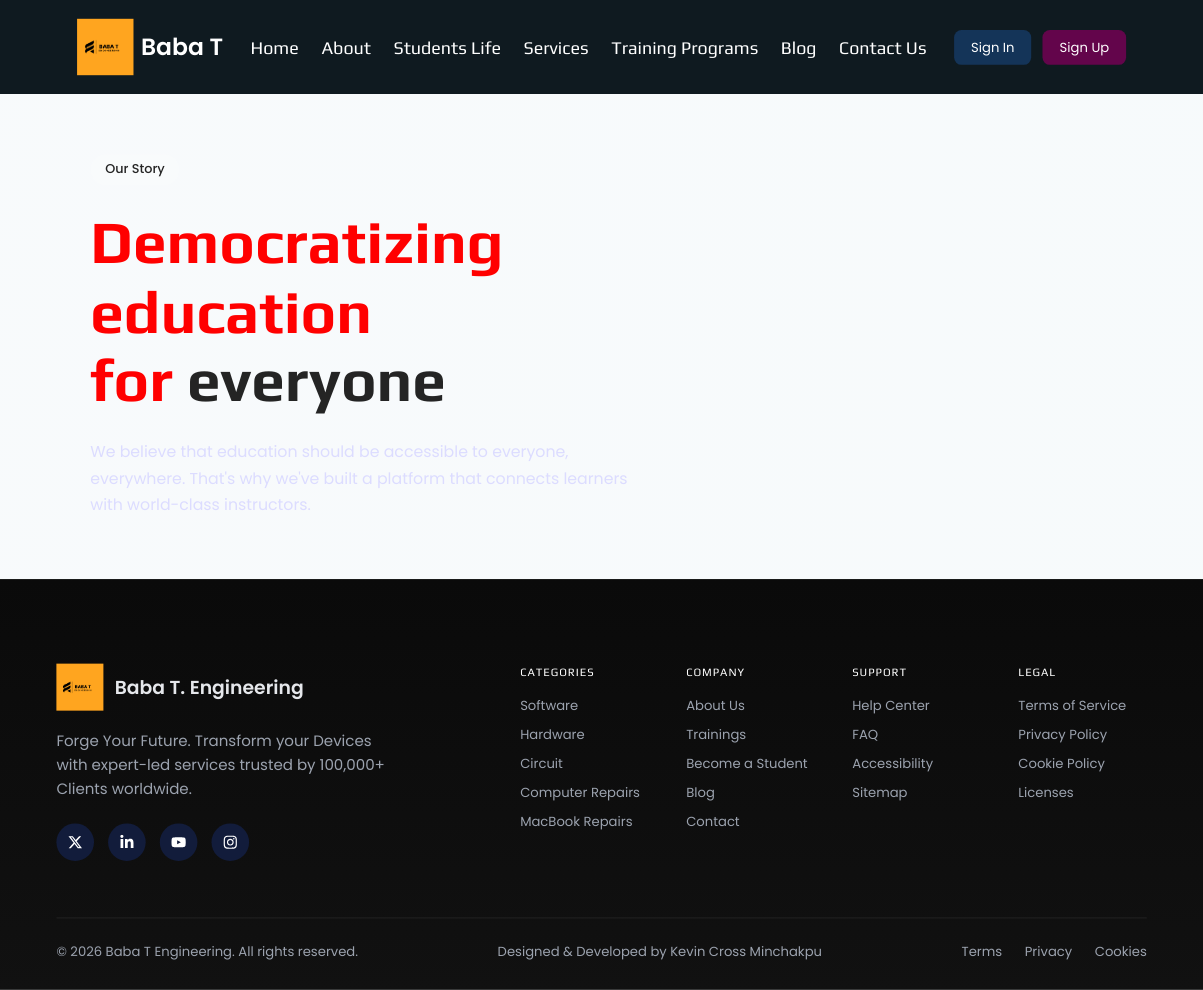
Repository: KC-Minchakpu/babatunde
Page: /about/history
These files come from the project's save history. The page is drawn as it stood at one moment and after the next save; the edit follows.
The browser window is 1280 px wide. The pictures show the whole page, at 94% of full size.
The project was rebuilt for these pictures with package versions that can differ from the ones it lists, and the page was loaded fresh each time. The framework's server and built-in components were replaced by stand-ins that run in the browser. Also part of the build but not shown: next.config.ts.

Above is the page before, as saved 2026-02-19 08:48:52.

### src/app/layout.tsx
import type { Metadata } from "next";
import { Play, Poppins } from "next/font/google";
import "./globals.css";
import Header from "@/components/Header/Header";
import Footer from "@/components/Footer/Footer";

const play = Play({
  variable: "--font-play",
  subsets: ["latin"],
  weight: ["400", "700"],
});

const poppins = Poppins({
  variable: "--font-poppins",
  subsets: ["latin"],
  weight: ["400", "500", "600", "700"],
});

export const metadata: Metadata = {
  title: "Baba T Engineering",
  description: "Official web app of Baba T Engineering, a leading engineering company specializing in innovative solutions and cutting-edge technology.",
};

export default function RootLayout({
  children,
}: Readonly<{
  children: React.ReactNode;
}>) {
  return (
    <html lang="en">
      <body
        className={`${play.variable} ${poppins.variable} antialiased`}
      >
        <Header />
        {children}
        <Footer />
      </body>
    </html>
  );
}

### src/app/about/history/page.tsx

import OurHistory from '@/components/About/OurHistoryHero';

export default function OurHistoryPage() {
  return (
    <>
      <OurHistory />
    </>
  );
}

### src/app/globals.css
@import "tailwindcss";

:root {
  --background: #f2fafa;
  --foreground: #1f1e1e;
}

body {
  background: var(--background);
  color: var(--foreground);
  font-family: var(--font-poppins);
}

h1, h2, h3, h4, h5, h6 {
  font-family: var(--font-play);
}

h1 {
  color: red;
  font-size: 35px;
}

### src/components/Header/Header.tsx
"use client";

import Link from "next/link";
import Image from "next/image";
import styles from "./Header.module.css";
import { useState } from "react";

const Header = () => {
  const [isOpen, setIsOpen] = useState(false);

  return (
    <header className={styles.header}>
      <div className={styles.container}>
        {/* Logo */}
        <div className={styles.logo}>
          <Link href="/">
            <Image
              src="/images/logo23.png"
              alt="Baba T Logo"
              width={60}
              height={60}
            />
          </Link>
          <span className={styles.logoText}>Baba T</span>
        </div>

        {/* Navigation */}
        <nav className={styles.nav}>
          <Link href="/">Home</Link>

          <div
            className={styles.dropdown}
            onMouseEnter={() => setIsOpen(true)}
            onMouseLeave={() => setIsOpen(false)}
          >
            <span className={styles.dropdownToggle}>About</span>

            {isOpen && (
              <div className={styles.dropdownMenu}>
                <Link href="/about/history">Our History</Link>
                <Link href="/about/team">Our Team</Link>
                <Link href="/about/mission">Mission & Vision</Link>
                <Link href="/about/values">Core Values</Link>
                <Link href="/about/careers">Careers</Link>
              </div>
            )}
          </div>

          <Link href="/students-life">Students Life</Link>
          <Link href="/services">Services</Link>
          <Link href="/training-programs">Training Programs</Link>
          <Link href="/blog">Blog</Link>
          <Link href="/contact">Contact Us</Link>
        </nav>

        {/* Auth Buttons */}
        <div className={styles.actions}>
          <button className={styles.signIn}>Sign In</button>
          <button className={styles.signUp}>Sign Up</button>
        </div>
      </div>
    </header>
  );
};

export default Header;

### src/components/Footer/Footer.tsx
"use client";

import Image from "next/image";
import styles from "./Footer.module.css";
import {
  FaXTwitter,
  FaLinkedinIn,
  FaYoutube,
  FaInstagram
} from "react-icons/fa6";

export default function Footer() {
  return (
    <footer className={styles.footer}>
      <div className={styles.container}>
        <div className={styles.topSection}>

          {/* LEFT BRAND AREA */}
          <div className={styles.brand}>
            <div className={styles.logo}>
              <Image
                src="/images/logo23.png"
                alt="Baba T Logo"
                width={50}
                height={50}
              />
              <span>Baba T. Engineering</span>
            </div>

            <p>
              Forge Your Future. Transform your Devices with expert-led services
              trusted by 100,000+ Clients worldwide.
            </p>

            {/* SOCIAL ICONS */}
            <div className={styles.socials}>
              <a href="#" aria-label="Twitter">
                <FaXTwitter />
              </a>
              <a href="#" aria-label="LinkedIn">
                <FaLinkedinIn />
              </a>
              <a href="#" aria-label="YouTube">
                <FaYoutube />
              </a>
              <a href="#" aria-label="Instagram">
                <FaInstagram />
              </a>
            </div>
          </div>

          {/* LINKS GRID */}
          <div className={styles.linksGrid}>
            <div>
              <h4>CATEGORIES</h4>
              <a>Software</a>
              <a>Hardware</a>
              <a>Circuit</a>
              <a>Computer Repairs</a>
              <a>MacBook Repairs</a>
            </div>

            <div>
              <h4>COMPANY</h4>
              <a>About Us</a>
              <a>Trainings</a>
              <a>Become a Student</a>
              <a>Blog</a>
              <a>Contact</a>
            </div>

            <div>
              <h4>SUPPORT</h4>
              <a>Help Center</a>
              <a>FAQ</a>
              <a>Accessibility</a>
              <a>Sitemap</a>
            </div>

            <div>
              <h4>LEGAL</h4>
              <a>Terms of Service</a>
              <a>Privacy Policy</a>
              <a>Cookie Policy</a>
              <a>Licenses</a>
            </div>
          </div>
        </div>

        <div className={styles.divider}></div>

        <div className={styles.bottomBar}>
          <p>© 2026 Baba T Engineering. All rights reserved.</p>
          <p>Designed & Developed by Kevin Cross Minchakpu</p>

          <div className={styles.bottomLinks}>
            <a>Terms</a>
            <a>Privacy</a>
            <a>Cookies</a>
          </div>
        </div>
      </div>
    </footer>
  );
}

### src/components/About/OurHistoryHero.tsx
import styles from './OurHistoryHero.module.css';

export default function OurHistoryHero() {
  return (
    <section className={styles.hero}>
      <div className={styles.content}>
        <span className={styles.badge}>Our Story</span>

        <h1 className={styles.heading}>
          Democratizing education <br />
          for <span>everyone</span>
        </h1>

        <p className={styles.description}>
          We believe that education should be accessible to everyone,
          everywhere. That&apos;s why we&apos;ve built a platform that connects
          learners with world-class instructors.
        </p>
      </div>
    </section>
  );
}

### src/components/Header/Header.module.css
.header {
  width: 100%;
  height: 100px;
  background: #0F1A20;
  padding: 20px;
  position: sticky;
  top: 0;
  z-index: 1000;
}

.container {
  width: 90%;
  margin: 0 auto;
  display: flex;
  align-items: center;
  justify-content: space-between;
}

/* Logo */
.logo {
  display: flex;
  align-items: center;
  gap: 8px;
  cursor: pointer;
}

.logoCircle {
  width: 40px;
  height: 40px;
  border-radius: 50%;
  background: linear-gradient(135deg, #8e2de2, #4a00e0);
  display: flex;
  align-items: center;
  justify-content: center;
  color: white;
  font-weight: bold;
}

.logoText {
  font-size: 25px;
  font-weight: 600;
  color: #ffffff;
  font-family: "Poppins", sans-serif;
}

/* Nav */
.nav {
  display: flex;
  align-items: center;
  gap: 24px;
  font-family: 'Play', sans-serif;

}

.nav a,
.dropdownToggle {
  color: #ffffff;
  text-decoration: none;
  font-size: 19px;
  cursor: pointer;
  position: relative;
  transition: color 0.3s ease;
}

.nav a:hover,
.dropdownToggle:hover {
  color: #FFD23F;
}

/* Dropdown */
.dropdown {
  position: relative;
}

.dropdownMenu {
  position: absolute;
  width: 250px;
  top: 35px;
  left: 0;
  background: #0F1A20;
  border-radius: 8px;
  padding: 10px 0;
  min-width: 180px;
  box-shadow: 0 10px 25px rgba(0, 0, 0, 0.15);
  display: flex;
  flex-direction: column;
}

.dropdownMenu a {
  padding: 10px 16px;
  color: #ffffff;
  font-size: 19px;
  text-decoration: none;
  transition: background 0.2s ease;
}

.dropdownMenu a:hover {
  color: #FFD23F;
}

/* Buttons */
.actions {
  display: flex;
  gap: 12px;
}

.signIn {
  padding: 8px 18px;
  border-radius: 8px;
  border: none;
  cursor: pointer;
  color: white;
  background: #143458;
  font-size: 14px;
}

.signUp {
  padding: 8px 18px;
  border-radius: 8px;
  border: none;
  cursor: pointer;
  color: white;
  background: #63054b;
  font-size: 14px;
}

/* Responsive */
@media (max-width: 1024px) {
  .nav {
    display: none;
  }
}

### src/components/Footer/Footer.module.css
.footer {
  background: linear-gradient(
    180deg,
    #0a0a0a,
    #111111
  );
  color: #e5e7eb;
  padding: 90px 0 30px;
}

.container {
  max-width: 1200px;
  margin: 0 auto;
  padding: 0 20px;
}

/* TOP SECTION */
.topSection {
  display: flex;
  justify-content: space-between;
  gap: 60px;
}

/* BRAND */
.brand {
  flex: 1.3;
}

.logo {
  display: flex;
  align-items: center;
  gap: 12px;
  font-weight: 600;
  font-size: 20px;
  margin-bottom: 20px;
}

.logoBox {
  width: 34px;
  height: 34px;
  border-radius: 10px;
  background: linear-gradient(135deg, #14b8a6, #f97316);
}

.brand p {
  color: #9ca3af;
  line-height: 1.6;
  margin-bottom: 24px;
  max-width: 350px;
}

/* =========================
   SOCIAL ICONS
========================= */
.socials {
  display: flex;
  gap: 15px;
  margin-top: 20px;
}

.socials a {
  width: 40px;
  height: 40px;
  background: #121c3b;
  border-radius: 50%;
  display: flex;
  align-items: center;
  justify-content: center;
  color: #ffffff;
  font-size: 16px;
  transition: all 0.3s ease;
}

.socials a:hover {
  background: #f8af28;
  transform: translateY(-4px);
}


/* LINKS GRID */
.linksGrid {
  flex: 2;
  display: grid;
  grid-template-columns: repeat(4, 1fr);
  gap: 40px;
}

.linksGrid h4 {
  font-size: 12px;
  letter-spacing: 1px;
  margin-bottom: 16px;
  color: #ffffff;
}

.linksGrid a {
  display: block;
  font-size: 14px;
  color: #9ca3af;
  margin-bottom: 10px;
  cursor: pointer;
  transition: color 0.3s ease;
}

.linksGrid a:hover {
  color: #ffffff;
}

/* DIVIDER */
.divider {
  height: 1px;
  background: rgba(255, 255, 255, 0.08);
  margin: 60px 0 25px;
}

/* BOTTOM BAR */
.bottomBar {
  display: flex;
  justify-content: space-between;
  align-items: center;
  font-size: 14px;
  color: #9ca3af;
}

.bottomLinks {
  display: flex;
  gap: 24px;
}

.bottomLinks a {
  cursor: pointer;
  transition: color 0.3s ease;
}

.bottomLinks a:hover {
  color: white;
}

/* RESPONSIVE */
@media (max-width: 1024px) {
  .topSection {
    flex-direction: column;
    gap: 50px;
  }

  .linksGrid {
    grid-template-columns: repeat(2, 1fr);
  }

  .bottomBar {
    flex-direction: column;
    gap: 15px;
    text-align: center;
  }
}

@media (max-width: 600px) {
  .linksGrid {
    grid-template-columns: 1fr;
  }
}

### src/components/About/OurHistoryHero.module.css
.hero {
  position: relative;
  min-height: 70vh;
  display: flex;
  align-items: center;
  padding: 4rem 6rem;
  background: linear-gradient(
      to right,
      rgba(248, 250, 252, 0.95),
      rgba(248, 250, 252, 0.8)
    );

  color: #242424;
}

.content {
  max-width: 720px;
}

.badge {
  display: inline-block;
  padding: 0.4rem 1rem;
  border-radius: 999px;
  background: rgba(255, 255, 255, 0.1);
  font-size: 0.85rem;
  font-weight: 500;
  margin-bottom: 1.5rem;
}

.heading {
  font-size: clamp(2.5rem, 5vw, 4rem);
  font-weight: 700;
  line-height: 1.15;
  margin-bottom: 1.5rem;
}

.heading span {
  background: #242424;
  -webkit-background-clip: text;
  background-clip: text;
  -webkit-text-fill-color: transparent;
}

.description {
  font-size: 1.05rem;
  line-height: 1.7;
  color: #dcdcff;
  max-width: 600px;
}

After the next save:
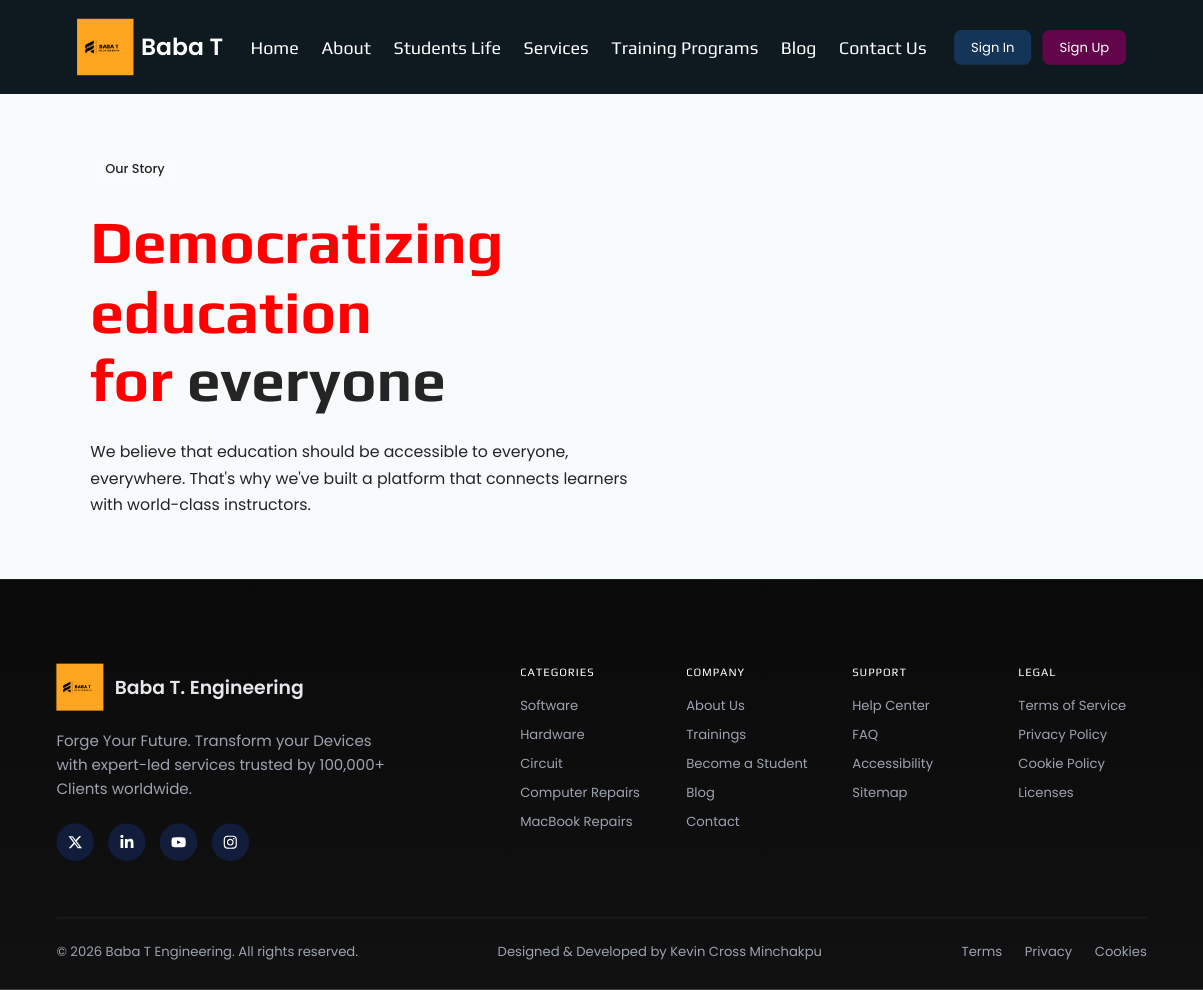
Saved 26 s later.
--- a/src/components/About/OurHistoryHero.module.css
+++ b/src/components/About/OurHistoryHero.module.css
@@ -44,6 +44,6 @@
 .description {
   font-size: 1.05rem;
   line-height: 1.7;
-  color: #dcdcff;
+  color: #242424;
   max-width: 600px;
 }
